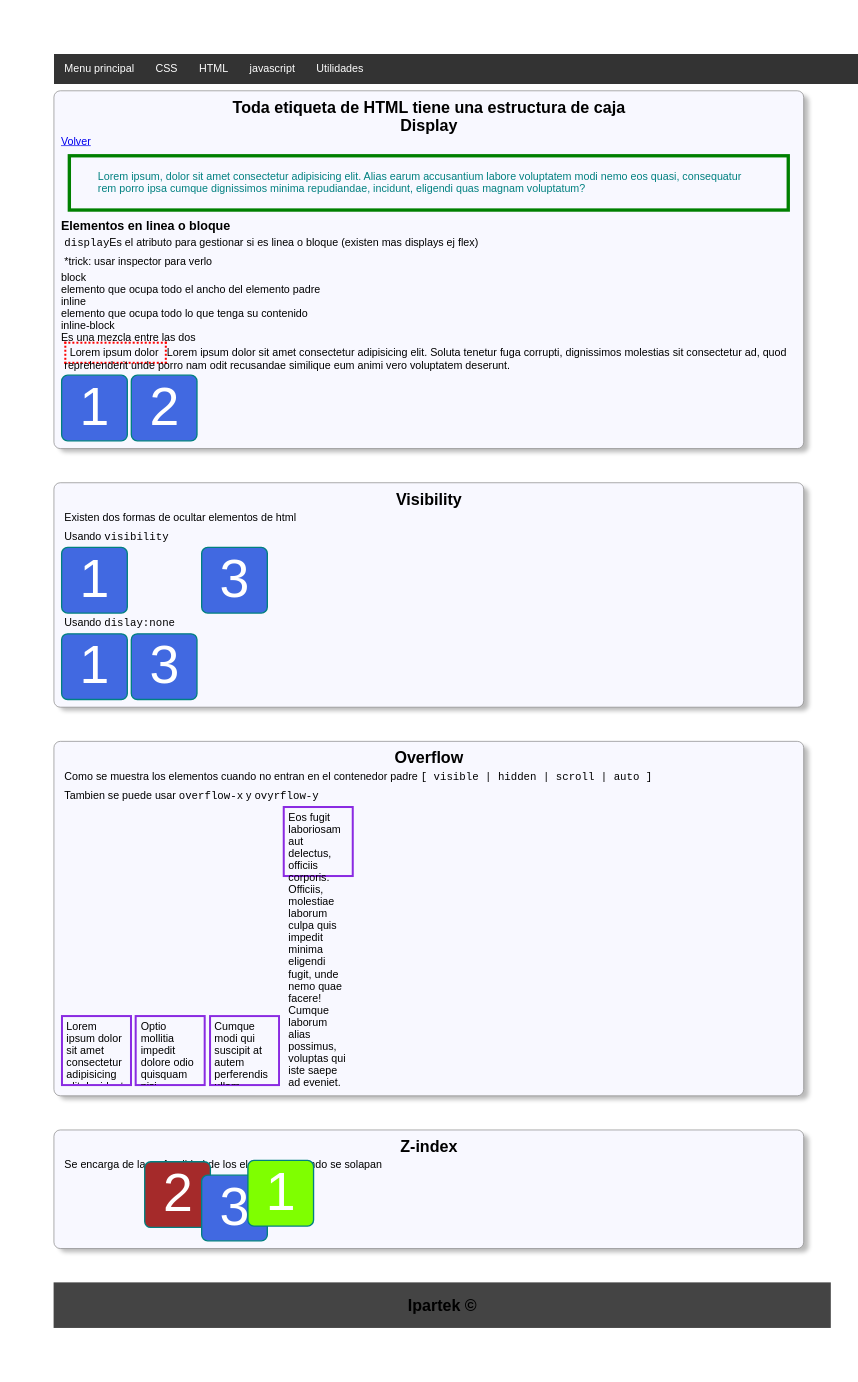
Repository: jcsanceledonio/java_2019_0396_2
Page: http://localhost/javaWebApp/ejemplos/html/box-model.jsp
The author's editor kept a copy of each file at every save. The page is drawn from the files as they stood at one save, then again after the next save.
The browser window is 1280 px wide. The pictures show the whole page, at 67% of full size.
Some web libraries are served in a nearby version. The page is served by Tomcat 9. Other server files are loaded and not shown.

Above is the page before, as saved 2019-11-20 09:58:21.

### javaWebApp/src/main/webapp/ejemplos/html/box-model.jsp
<%String titulo = "HelloWeb | box-model";%>

<%@include file="/includes/header.jsp" %>
<%@include file="/includes/navigation.jsp"%>
    <style>
        body {
           padding: 80px 80px 80px 80px;
        }

        span {
            border: 3px dotted red;
            padding: 5px;
        }

        p {

            padding: 5px;
        }

        p.prueba {
            color: teal;
            border: 5px solid green;
            margin: 10px;
            /* padding: 20px;  */
            padding: 20px 40px;
        }

        .box {
            display: inline-block;
            /* para que el bloque ocupe el borde que especifiquemos
            sin que se le sume los 2px de los bordes */
            box-sizing: border-box;
            width: 100px;
            height: 100px;

            border: 2px solid teal;
            background-color: royalblue;
            border-radius: 10px;

            color: #fff;
            font-size: 5em;
            text-align: center;
        }

        .box-texto {
            display: inline-block;
            width: 100px;
            height: 100px;
            border: 3px solid blueviolet;
        }

        section {
            border: 1px solid rgb(131, 131, 131);
            background-color: ghostwhite;
            padding: 10px;
            margin-bottom: 50px;
            border-radius: 10px;

            -webkit-box-shadow: 8px 6px 6px -1px rgba(0, 0, 0, 0.27);
            -moz-box-shadow: 8px 6px 6px -1px rgba(0, 0, 0, 0.27);
            box-shadow: 8px 6px 6px -1px rgba(0, 0, 0, 0.27);
        }
    </style>

    <h1>Visualización</h1>

    <section>
        <h2>Toda etiqueta de HTML tiene una estructura de caja</h2>
        <h2>Display</h2>
        <a href="index.jsp">Volver</a>

        <p class="prueba">Lorem ipsum, dolor sit amet consectetur adipisicing elit. Alias earum accusantium labore
            voluptatem modi nemo eos
            quasi, consequatur rem porro ipsa cumque dignissimos minima repudiandae, incidunt, eligendi quas magnam
            voluptatum?</p>

        <h3>Elementos en linea o bloque</h3>
        <p><code>display</code>Es el atributo para gestionar si es linea o bloque (existen mas displays ej flex)</p>
        <p>*trick: usar inspector para verlo</p>
        <dl>
            <dt>block</dt>
            <dd>elemento que ocupa todo el ancho del elemento padre</dd>

            <dt>inline</dt>
            <dd>elemento que ocupa todo lo que tenga su contenido</dd>

            <dt>inline-block</dt>
            <dd>Es una mezcla entre las dos</dd>

        </dl>

        <p> <span> Lorem ipsum dolor </span> Lorem ipsum dolor sit amet consectetur adipisicing elit. Soluta tenetur
            fuga
            corrupti, dignissimos molestias sit
            consectetur ad, quod reprehenderit unde porro nam odit recusandae similique eum animi vero voluptatem
            deserunt.
        </p>

        <div class="box">1</div>
        <div class="box">2</div>
    </section>

    <section>
        <h2>Visibility</h2>
        <p>Existen dos formas de ocultar elementos de html</p>
        <!-- Se oculta pero respeta el espacio -->
        <p>Usando <code>visibility</code></p>
        <div class="box">1</div>
        <div class="box" style="visibility:hidden">2</div>
        <div class="box">3</div>

        <!-- Se oculta y no ocupa espacio -->
        <p>Usando <code>dislay:none</code></p>
        <div class="box">1</div>
        <div class="box" style="display:none">2</div>
        <div class="box">3</div>
    </section>

    <section>
        <h2>Overflow</h2>
        <p> Como se muestra los elementos cuando no entran en el contenedor padre
            <code>[ visible | hidden | scroll | auto ]</code> </p>
        <p>Tambien se puede usar <code>overflow-x</code> y <code>ovyrflow-y</code></p>
        <div class="box-texto" style="overflow: hidden;">
            <p>Lorem ipsum dolor sit amet consectetur adipisicing elit. Incidunt laudantium ipsam facere explicabo in
                adipisci sed autem aliquid aspernatur magni neque, dolorem maiores! Quos praesentium dolorem inventore
                tenetur dolorum nam!</p>
        </div>
        <div class="box-texto" style="overflow: scroll;">
            <p>Optio mollitia impedit dolore odio quisquam nisi perferendis autem provident aspernatur sit, voluptates
                inventore et quia repellendus assumenda nesciunt officia voluptatem, harum est saepe pariatur
                consequatur! Ea eum quos veniam.</p>
        </div>
        <div class="box-texto" style="overflow: auto;">
            <p>Cumque modi qui suscipit at autem perferendis ullam tempore cum, culpa asperiores. Pariatur numquam
                provident velit facere quo vitae! Accusamus pariatur quaerat officia molestias ad fugit natus et
                dignissimos tempore!</p>
        </div>
        <div class="box-texto" style="overflow: visible;">
            <p>Eos fugit laboriosam aut delectus, officiis corporis. Officiis, molestiae laborum culpa quis impedit
                minima eligendi fugit, unde nemo quae facere! Cumque laborum alias possimus, voluptas qui iste saepe ad
                eveniet.</p>
        </div>

    </section>

    <section>
        <h2>Z-index</h2>
        <p>Se encarga de la profundidad de los elementos cuando se solapan</p>

        <div class="box"
            style="background-color: chartreuse; position: relative; left: 278px; bottom: 22px; z-index: 2;">1</div>
        <div class="box" style="z-index: 0;position: relative; top:-20px; left:20px; background-color: brown;">2</div>
        <div class="box" style="z-index: 1;position: relative;">3</div>

    </section>

  <%@include file="/includes/footer.jsp" %>

### javaWebApp/src/main/webapp/includes/header.jsp
<!DOCTYPE html> <!-- html5 -->
<html lang="es">

<head>
    <meta charset="UTF-8">
    <meta name="viewport" content="width=device-width, initial-scale=1.0">
    <meta http-equiv="X-UA-Compatible" content="ie=edge">
    <title><%=titulo%></title>
    <link href="https://fonts.googleapis.com/icon?family=Material+Icons" rel="stylesheet">
    <link rel="stylesheet" href="https://cdnjs.cloudflare.com/ajax/libs/font-awesome/5.11.2/css/all.css">

    <!-- <base href="/PruebaTecnica/"> -->
    <base href="/helloweb/">
    <!-- estilos -->
    <link rel="stylesheet" href="css/styles.css">

</head>

<body>

### javaWebApp/src/main/webapp/includes/navigation.jsp
 <header>
        <nav>
            <ul>
                <li><a href="#home">Menu principal</a></li>
                <li class="dropdown">
                    <a href="#" class="dropbtn">CSS</a>
                    <div class="dropdown-content">
                        <a href="ejemplos/css/animaciones.jsp">Animaciones</a>
                        <a href="ejemplos/css/basico.jsp">Basico</a>
                        <a href="ejemplos/css/especificidad.jsp">Especificidad</a>
                        <a href="ejemplos/css/avanzado.jsp">Avanzado</a>

                    </div>
                </li>
                <li class="dropdown">
                    <a href="#" class="dropbtn">HTML</a>
                    <div class="dropdown-content">
                        <a href="ejemplos/html/box-model.jsp">Visualizacion</a>
                        <a href="ejemplos/html/posicionamiento.jsp">Posicionamiento</a>
                        <a href="ejemplos/html/formulario.jsp">Formularios</a>
                        <a href="login.jsp">Login</a>
                    </div>
                </li>
                <li class="dropdown">
                    <a href="#" class="dropbtn">javascript</a>
                    <div class="dropdown-content">
                        <a href="ejemplos/js/game.jsp">Arkanoid</a>
                    </div>
                </li>
                <li class="dropdown">
                    <a href="#" class="dropbtn">Utilidades</a>
                    <div class="dropdown-content">
                        <a href="https://caniuse.com/">caniuse</a>
                    </div>
                </li>
            </ul>
        </nav>
    </header>

### javaWebApp/src/main/webapp/includes/footer.jsp
 <footer>
        <h2>Ipartek &copy</h2>
    </footer>

    <!-- javascript -->
    <script src="js/main.js"></script>
</body>

</html>

### javaWebApp/src/main/webapp/css/styles.css
/*
Hoja de estilos
esto es un comentario de bloque
@author: Juan Carlos
@version: 1.0
@tags: css, basic, etc...
@licencia mit
 */

* {
    margin: 0;
    padding: 0;
}

/*
orden CSS
1. Reset
2. @Keyframes
3. TODAS etiquetas estilos generales
4. Layouts
5. clases para reutilizar
6. cosas mas especificas como los ids
 */

body {
    font-size: 16px;
    font-family: Arial, Helvetica, sans-serif;
}

h1 {
    color: #0099CC;
    font-size: 3em;
    text-align: center;
}

h2 {
    text-align: center;
}

.tabla {
    background-color: white;
    text-align: center;
}

table {
    width: 50%;
    margin: auto;
}

table caption {
    font-size: 2em;
}

td {
    width: 50%;
    height: 30px;
    border: 1px solid #000;
    border-radius: 5px;
}

main {
    margin-bottom: 180px;
}

td:hover {
    background-color: rgb(24, 123, 236);
}

.fa-eye{
	color:red;

}

/* -------------------------------------- */

/* Formulario */

input[type="text"]:valid {
    color: green;
}

input[type="text"]:invalid {
    color: red;
}

/* /Fin formulario */

/* ----------------------------------------- */

.parallax {
    background-image: url(/helloweb/images/office.jpg);
    /* Create the parallax scrolling effect */
    height: 500px;
    background-attachment: fixed;
    background-position: center;
    background-repeat: no-repeat;
    background-size: cover;
}

.parallax h1 {
    padding-top: 3em;
}

.parallax h2 {
    padding-top: 0.5em;
}

nav {
    width: 100%;
    position: fixed;
}

nav ul {
    list-style-type: none;
    margin: 0;
    padding: 0;
    overflow: hidden;
    background-color: #333;
}

nav li {
    float: left;
}

nav li a, .dropbtn {
    display: inline-block;
    color: white;
    text-align: center;
    padding: 14px 16px;
    text-decoration: none;
}

nav li a:hover, .dropdown:hover .dropbtn {
    background-color: rgb(0, 60, 255);
}

nav li.dropdown {
    display: inline-block;
}

.dropdown-content {
    display: none;
    position: absolute;
    background-color: #f9f9f9;
    min-width: 160px;
    box-shadow: 0px 8px 16px 0px rgba(0, 0, 0, 0.2);
    z-index: 1;
}

.dropdown-content a {
    color: black;
    padding: 12px 16px;
    text-decoration: none;
    display: block;
    text-align: left;
}

.dropdown-content a:hover {
    background-color: #f1f1f1;
}

.dropdown:hover .dropdown-content {
    display: block;
}

footer {
    /*  position: fixed; */
    padding: 20px;
    bottom: 0;
    background-color: rgb(68, 68, 68);
    width: 100%;
}

#btnUp {
    width: 40px;
    height: 40px;
    display: flex;
    align-items: center;
    justify-content: center;
    background: rgb(5, 125, 165);
    border-radius: 50%;
    text-decoration: none;
    color: white;
    box-shadow: 2px 2px 5px rgba(0, 0, 0, 0.25);
    position: fixed;
    right: 20px;
    bottom: 20px;
    transition: background 0.25s;
}

#btnUp:active {
    background: rgb(4, 80, 105);
}

### javaWebApp/src/main/webapp/js/main.js
//Comentario de linea
/*
    Comentario de bloque
*/
/**
 *  Comentario de bloque para documentar
 */

console.trace('Esto es una traza de log');
console.info('Para informar de cosas');
var a = 2;
console.debug('La variable a=' + a);
//console.warn('alerta');
//console.error('Error en la conexion de al servidor');

function buscarVoluntario() {

    var personas = ["Juan", "Pepe", "Luis"];
    //console.trace('click buscaVoluntario');

    document.getElementById("nombre").innerHTML = personas[Math.floor(Math.random() * personas.length)];

    //document.getElementById('nombre').innerHTML = "Ander";
}

After the next save:
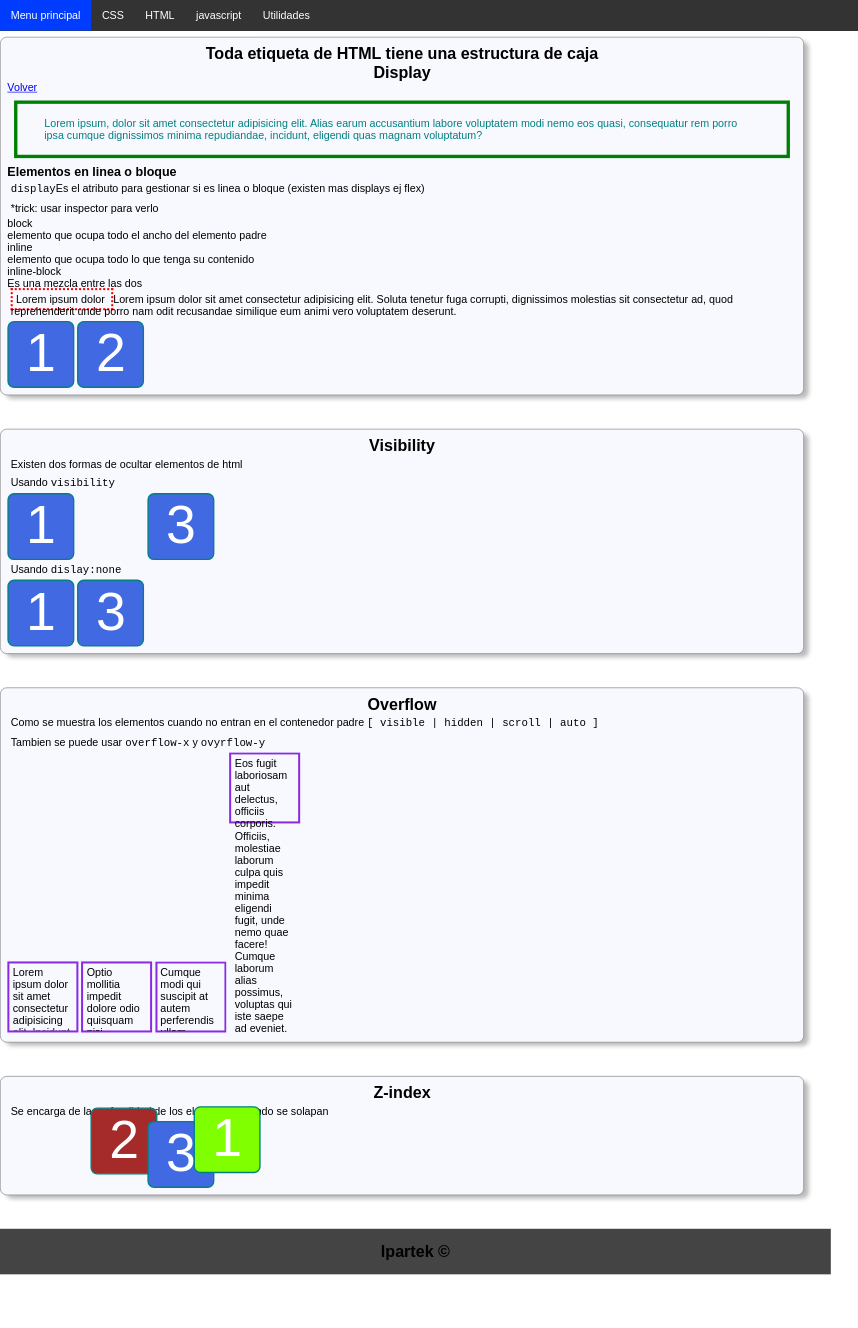
Saved 44 s later.
--- a/javaWebApp/src/main/webapp/ejemplos/html/box-model.jsp
+++ b/javaWebApp/src/main/webapp/ejemplos/html/box-model.jsp
@@ -4,7 +4,7 @@
 <%@include file="/includes/navigation.jsp"%>
     <style>
         body {
-           padding: 80px 80px 80px 80px;
+           padding: 0px 80px 80px 0px;
         }
 
         span {
